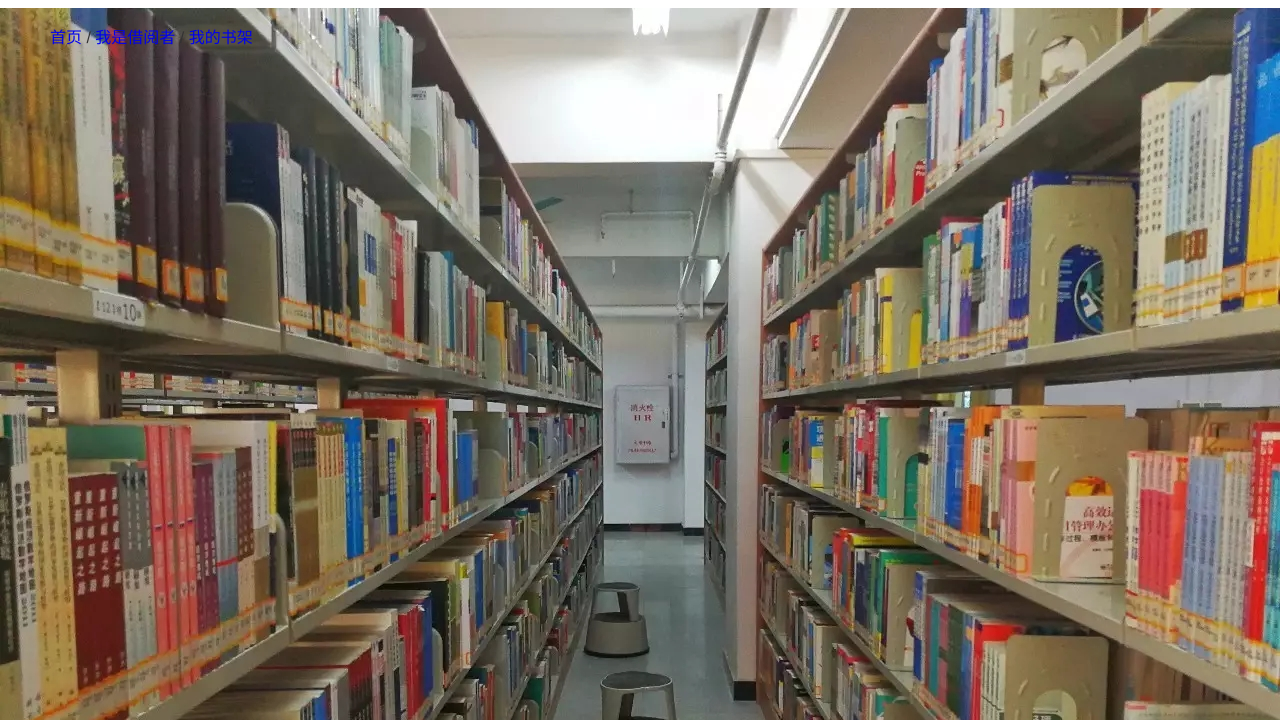
Repository: Akron-xz/helloVue
Page: /#/MyBookshelves (app in vue-library/)
An editor plug-in stored every save of this project. The page is shown before and after the next save, followed by the edit.
The browser window is 1280 px wide. The pictures show the whole page.
The project was rebuilt for these pictures with package versions that can differ from the ones it lists, and the page was loaded fresh each time. Also part of the build but not shown: vue-library/src/components/homeNav.vue, vue-library/src/views/Home.vue.

Above is the page before, as saved 2020-11-24 22:55:29.

### vue-library/src/main.js
import Vue from 'vue'
import App from './App.vue'
import ElementUI from 'element-ui';
import 'element-ui/lib/theme-chalk/index.css';
import axios from "axios"
import router from './router'
import Router from 'vue-router'

const routerPush = Router.prototype.push
Router.prototype.push = function push(location) {
    return routerPush.call(this, location).catch(error => error)
}

Vue.config.productionTip = false
Vue.use(ElementUI);
Vue.prototype.$axios = axios;


new Vue({
    router,
    render: h => h(App)
}).$mount('#app')

### vue-library/src/router/index.js
import Vue from 'vue'
import VueRouter from 'vue-router'
import Home from '../views/Home.vue'


Vue.use(VueRouter)

const routes = [{
        path: '/',
        name: 'Home',
        component: Home
    },
    {
        path: '/about',
        name: 'About',
        // route level code-splitting
        // this generates a separate chunk (about.[hash].js) for this route
        // which is lazy-loaded when the route is visited.
        component: () =>
            import ( /* webpackChunkName: "about" */ '../views/About.vue')
    },
    {
        path: '/admin',
        name: 'Admin',
        // route level code-splitting
        // this generates a separate chunk (about.[hash].js) for this route
        // which is lazy-loaded when the route is visited.
        component: () =>
            import ( /* webpackChunkName: "about" */ '../views/Administrator.vue')
    },
    {
        path: "/userLogin",
        name: "UserLogin",
        component: () =>
            import ('../views/UserLogin.vue')
    },
    {
        path: "/user",
        name: "User",
        component: () =>
            import ( /* webpackChunkName: "about" */ '../views/User.vue')
    },
    {
        path: "/signup",
        name: "SignUp",
        component: () =>
            import ('../views/SignUp.vue')
    },
    {
        path: "/adminmain",
        name: "AdminMain",
        component: () =>
            import ('../views/AdminMain.vue')
    },
    {

        path: "/MyInformation",
        name: "MyInformation",
        component: () =>
            import ('../views/MyInformation.vue')
    },
    {
        path: "/library",
        name: "Library",
        component: () =>
            import ( /* webpackChunkName: "about" */ '../views/Library.vue')

    },
    {
        path: "/modifymsg",
        name: "ModifyMsg",
        component: () =>
            import ('../views/ModifyMsg.vue')
    },
    {
        path: "/borrowhistory",
        name: "BorrowHistory",
        component: () =>
            import ('../views/BorrowHistory.vue')
    },
    {
        path: "/newissue",
        name: "NewIssue",
        component: () =>
            import ('../views/NewIssue.vue')
    },
    {
        path: "/booksearch",
        name: "BookSearch",
        component: () =>
            import ('../views/BookSearch.vue')
    },
    {
        path: "/MyBookshelves",
        name: "MyBookshelves",
        component: () =>
            import ('../views/MyBookshelves.vue')
    },
    {
        path: "/modifyAnnounce",
        name: "ModifyAnnounce",
        component: () =>
            import ('../views/ModifyAnnounce.vue')
    },
    {
        path: "/statistics",
        name: "Statistics",
        component: () =>
            import ('../views/Statistics.vue')
    },


]

const router = new VueRouter({
    routes
})

export default router

### vue-library/src/views/MyBookshelves.vue
<template>
    <div class="Bookshelves-container container">
        <div>
      <el-header>
        <router-link to="./" class="a">首页</router-link>
        /
        <router-link to="./user" class="b">我是借阅者</router-link>
        /
        <router-link to="./MyBookshelves" class="c">我的书架</router-link>
      </el-header>
    </div>

        <div class="guide">

        </div>

        <div class="book-first" v-for="(item, index) in list" :key="index">
            <el-input
                class="bookstatus"
                placeholder="已借入书籍"
                v-model="input"
                :disabled="true">
            </el-input>
            <el-button type="primary" round @click="returnBook(index)">还书</el-button>

                <table border="0" cellspacing="0" width="800px"  align="center" class="book-table">
                    <tr align="left" >
                        <td class="field-name" >书本名称:</td>
                        <td><input :value="item.bookName" type="text" name="bookName" maxlength="20" style="width:200px;height:30px;" readonly></td>
                        <td class="field-name" >国家:</td>
                        <td><input :value="item.countryName"  type="text" name="contry" maxlength="20" style="width:150px;height:30px;" readonly></td>
                        <td class="field-name" >类型:</td>
                        <td><input :value="item.typeName" type="text" name="type" maxlength="20" style="width:150px;height:30px;" readonly></td>
                    </tr>
                    <tr align="left">
                        <td class="field-name" >借阅时间:</td>
                        <td><input :value="item.borrowTimeStr" type="text" name="borrowTime" maxlength="20" style="width:200px;height:30px;" readonly></td>
                        <td class="field-name" >应归还时间:</td>
                        <td><input :value="item.deadlineStr" type="text" name="deadline" maxlength="20" style="width:200px;height:30px;" readonly></td>
                    </tr>
                </table>

        </div>

        <!-- <div class="book-second">
            <el-input
                class="bookstatus"
                placeholder="已借入书籍"
                v-model="input"
                :disabled="true">
            </el-input>
            <el-button type="primary" round>还书</el-button>
                <table border="0" cellspacing="0" width="800px"  align="center" class="book-table" >
                    <tr align="left" >
                        <td class="field-name" >书本名称:</td>
                        <td><input type="text" name="bookName" maxlength="20" style="width:200px;height:30px;" readonly></td>
                        <td class="field-name" >国家:</td>
                        <td><input type="text" name="contry" maxlength="20" style="width:150px;height:30px;" readonly></td>
                        <td class="field-name" >类型:</td>
                        <td><input type="text" name="type" maxlength="20" style="width:150px;height:30px;" readonly></td>
                    </tr>
                    <tr align="left">
                        <td class="field-name" >借阅时间:</td>
                        <td><input type="date" name="borrowTime" maxlength="20" style="width:200px;height:30px;" readonly></td>
                        <td class="field-name" >应归还时间:</td>
                        <td><input type="date" name="deadline" maxlength="20" style="width:200px;height:30px;" readonly></td>
                    </tr>
                </table>
        </div>

        <div class="book-third">
            <el-input
                class="bookstatus"
                placeholder="已借入书籍"
                v-model="input"
                :disabled="true">
            </el-input>
            <el-button type="primary" round>还书</el-button>
                <table border="0" cellspacing="0" width="800px"  align="center" class="book-table">
                    <tr align="left" >
                        <td class="field-name" >书本名称:</td>
                        <td><input v-model="bookName" type="text" name="bookName" maxlength="20" style="width:200px;height:30px;" readonly ></td>
                        <td class="field-name" >国家:</td>
                        <td><input type="text" name="contry" maxlength="20" style="width:150px;height:30px;" readonly></td>
                        <td class="field-name" >类型:</td>
                        <td><input type="text" name="type" maxlength="20" style="width:150px;height:30px;" readonly></td>
                    </tr>
                    <tr align="left">
                        <td class="field-name" >借阅时间:</td>
                        <td><input type="date" name="borrowTime" maxlength="20" style="width:200px;height:30px;" readonly></td>
                        <td class="field-name" >应归还时间:</td>
                        <td><input type="date" name="deadline" maxlength="20" style="width:200px;height:30px;" readonly></td>
                    </tr>
                </table>
        </div> -->



    </div>


</template>

<script>
import axios from "axios"
export default {
    data() {
        return {
            list:[],
            input:"",
            userData:[{userId:"",},],
            index:0,
        }
    },
    methods: {
        getList(){
            axios({
            method:"get",
            url:"http://localhost:8081/user/bookshelves",
            params:{
                userId:this.userData[0].userId
            }

        }).then(res=>{
            this.list = res.data;
            console.log(this.list);
        })
        },
        returnBook(index){
            axios({
                method:"get",
                url:"http://localhost:8081/user/return",
                params:{
                     userId:this.userData[0].userId,
                     borrowId:this.list[index].borrowId
                }
            }).then(res=>{
                this.getList();
                this.$message({
                  message: res.data,
                  type: 'success'
                  });
            })
        }
    },
    created() {
    let user = JSON.parse(sessionStorage.getItem("userSession"));
    console.log(user);
    this.userData[0].userId = user.userId;
    this.getList();
    },
}
</script>

<style scoped>
.el-header {
  position: absolute;
  left: 30px;
  color: #333;
  line-height: 60px;
  width: 100%;
  height: 60px;
  text-align: left;
}
.a {
  text-decoration: none;
}
.b {
  text-decoration: none;
}
.c {
  text-decoration: none;
}

.bookstatus{
    width: 400px;
    margin-right: 66px;
}

.Bookshelves-container{
    position: fixed;
    left: 0;
    width: 100%;
    height: 100%;
    background-repeat: no-repeat;
    background-size: 100%;
    background-image: url(/img/divBg/bg29.jpg);

}

.book-table{
    height: 100px;
    width: 800px;
    margin-top: 5px;
    background: #fafafa;
    border-radius: 10px;
    text-align:right;

}

.field-name{
    width: fit-content;
}

.book-table input{
    border: 1px solid #00000030;
    border-radius: 4px;
    background: none;

}

.book-first{
    margin-top: 100px;
}

.book-second{
    margin-top: 50px;
}

.book-third{
    margin-top: 50px;
}
</style>

### vue-library/src/components/userNav.vue
<template>

    <div class="navigation-bar">
        <el-menu
            class="el-menu-demo"
            mode="horizontal"
            @select="handleSelect"
            background-color="#00000080"
            text-color="#ffffff"
            text-font="15px">


            <el-menu-item index="1" >
                <img src="/img/libraryIcon.png" alt="" target="_self" class="libraryIcon">
            </el-menu-item>

            <el-menu-item index="2" @click="toModifyMsg">
                <a  target="_self"  >个人信息</a>
            </el-menu-item>

            <el-menu-item index="3" @click="toBorrowHistory">
                <a  target="_self">借阅历史</a>
            </el-menu-item>

            <el-menu-item index="4" @click="toMyBookshelves">
                <a  target="_self">我的书架</a>
            </el-menu-item>

            <el-menu-item index="5" @click="toLibrary">
                <a  target="_self">图书馆</a>
            </el-menu-item>

            <el-menu-item index="6" class="exitIcon">
                <img src="/img/logoutIconWhite.png" alt="" target="_self" class="logoutIcon">
            </el-menu-item>

            <!-- <el-menu-item index="6" @click="toMain">
                <a  target="_self">返回主页</a>
            </el-menu-item> -->
        </el-menu>

    </div>
</template>

<script>
export default {
    name:"Nav",
    data() {
      return {
        activeIndex: '1'
      }
    },
    methods: {
    handleSelect(key, keyPath) {
      console.log(key, keyPath);
    },
    toMain(){
      this.$router.push({path:'/'});
    },

    toModifyMsg(){
      this.$router.push({path:'/ModifyMsg'});
    },
    toBorrowHistory(){
      this.$router.push({path:'/BorrowHistory'});
    },
    toMyBookshelves(){
      this.$router.push({path:'/MyBookshelves'});
    },
    toLibrary(){
      this.$router.push({path:'/Library'});
    },



  },

}
</script>>

<style scoped>
.libraryIcon{
  height: 60px;
  width: 60px;
}

.exitIcon{
  float: right;
}

.logoutIcon{
  height: 40px;
  width: 40px;
}

</style>>

Loaded but not shown: vue-library/public/index.html (common file); vue-library/src/App.vue (common file)

After the next save:
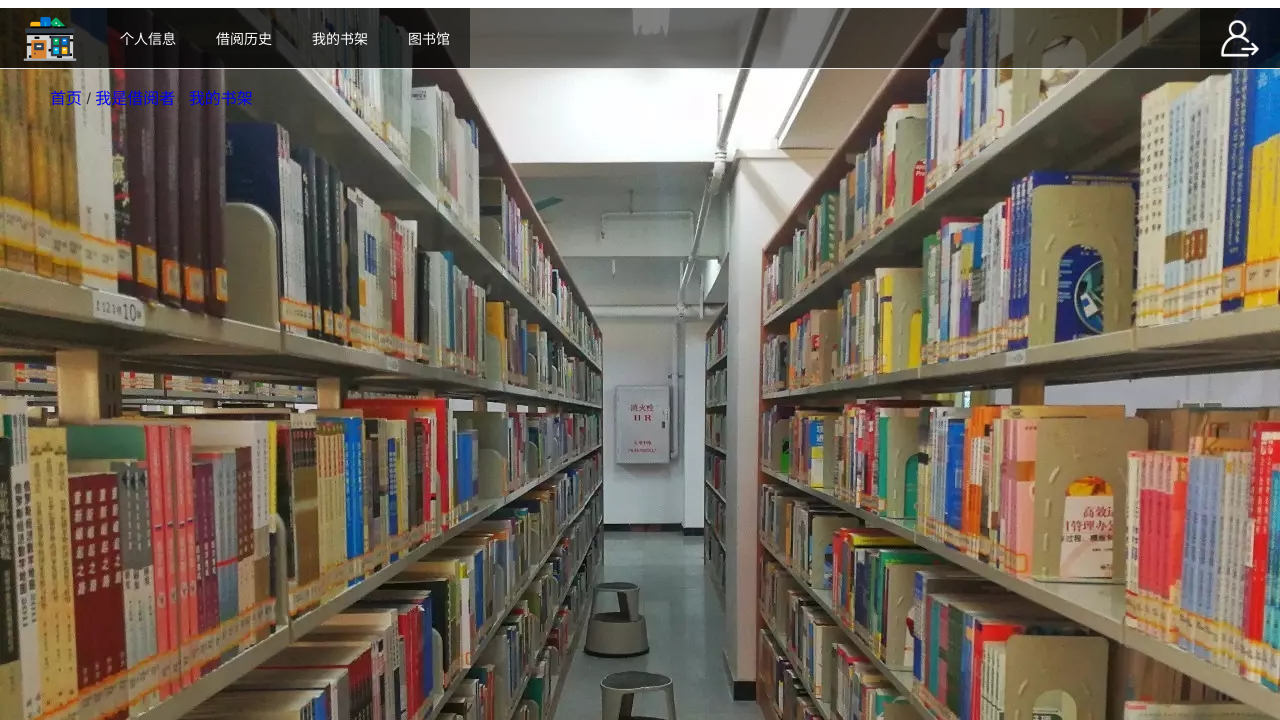
Saved 7 min 18 s later.
--- a/vue-library/src/views/MyBookshelves.vue
+++ b/vue-library/src/views/MyBookshelves.vue
@@ -1,6 +1,7 @@
 <template>
     <div class="Bookshelves-container container">
-        <div>
+    <userNavigation></userNavigation>
+    <div>
       <el-header>
         <router-link to="./" class="a">首页</router-link>
         /
@@ -103,7 +104,11 @@
 
 <script>
 import axios from "axios"
+import userNavigation from '@/components/userNav.vue'
 export default {
+    components:{
+        userNavigation
+    },
     data() {
         return {
             list:[],
